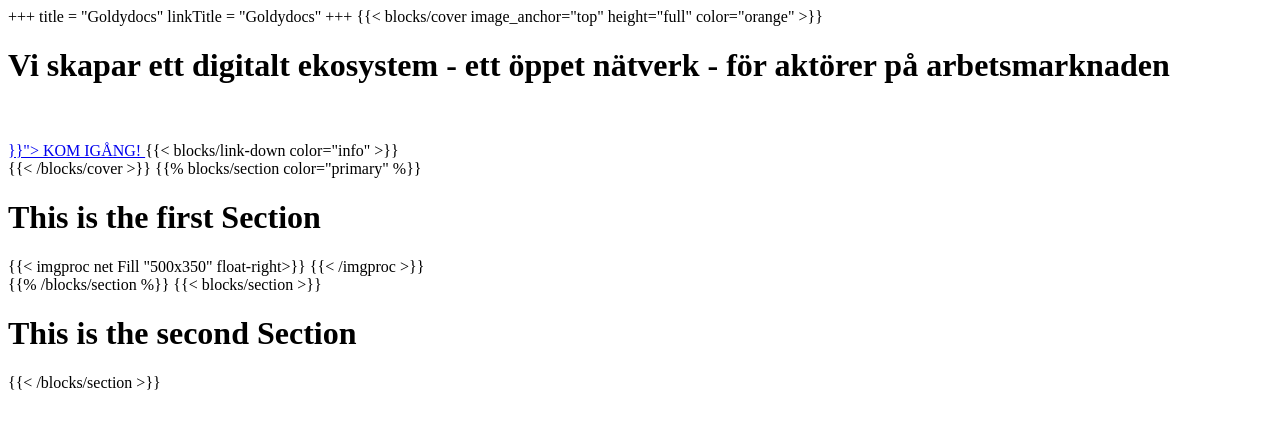
Repository: rudasn/docsy-cms-netlify
Page: content/sv/_index.html
An editor plug-in stored every save of this project. The page is shown before and after the next save, followed by the edit.
The browser window is 1280 px wide. The pictures show the whole page.

Above is the page before, as saved 2021-05-07 09:40:19.

After the next save:
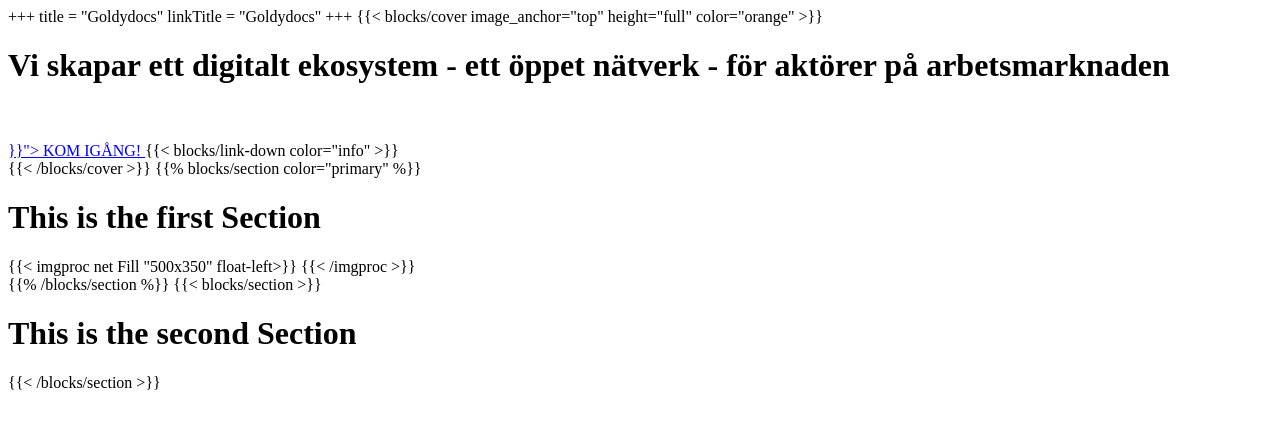
Saved 118 s later.
--- a/content/sv/_index.html
+++ b/content/sv/_index.html
@@ -25,7 +25,7 @@ linkTitle = "Goldydocs"
 </div>
 
 <div class="col-4">
-	{{< imgproc net Fill "500x350" float-right>}}
+	{{< imgproc net Fill "500x350" float-left>}}
 	{{< /imgproc >}}
 
 </div>
